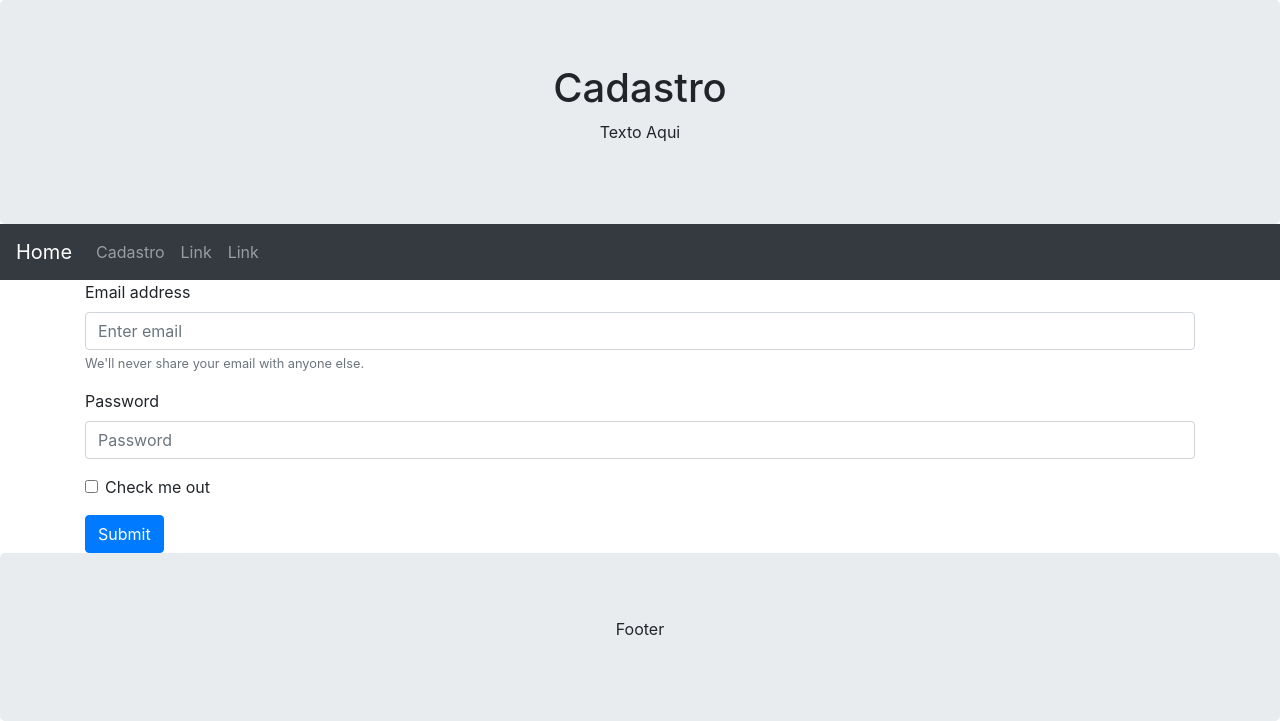
Repository: LucasLopesAguiar/JavaWeb-1
Page: sistemaweb/WebContent/cadastro.html
The author's editor kept a copy of each file at every save. The page is drawn from the files as they stood at one save, then again after the next save.
The browser window is 1280 px wide. The pictures show the whole page.

Above is the page before, as saved 2019-05-10 00:59:21.

After the next save:
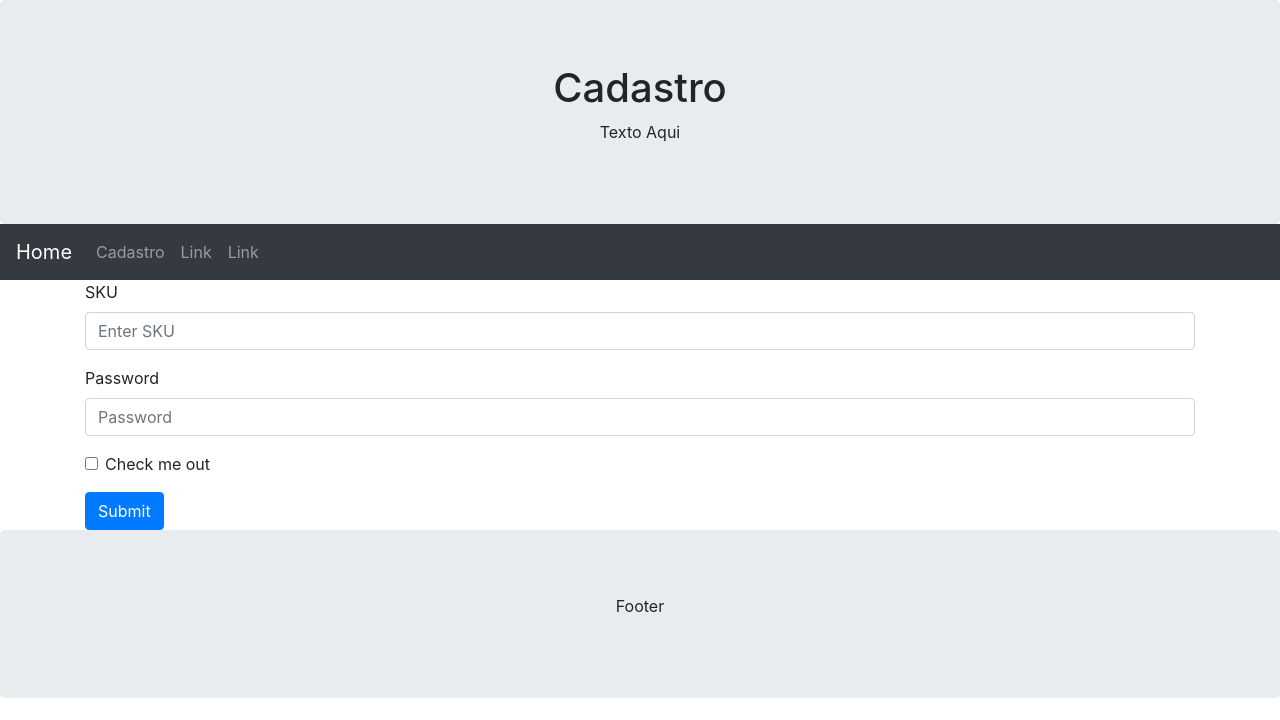
Saved 6 min 43 s later.
--- a/sistemaweb/WebContent/cadastro.html
+++ b/sistemaweb/WebContent/cadastro.html
@@ -46,9 +46,8 @@
 <div class="container">
 <form>
   <div class="form-group">
-    <label for="exampleInputEmail1">Email address</label>
-    <input type="email" class="form-control" id="exampleInputEmail1" aria-describedby="emailHelp" placeholder="Enter email">
-    <small id="emailHelp" class="form-text text-muted">We'll never share your email with anyone else.</small>
+    <label for="exampleInputEmail1">SKU</label>
+    <input type="text" class="form-control" id="inputSKU" placeholder="Enter SKU">
   </div>
   <div class="form-group">
     <label for="exampleInputPassword1">Password</label>
